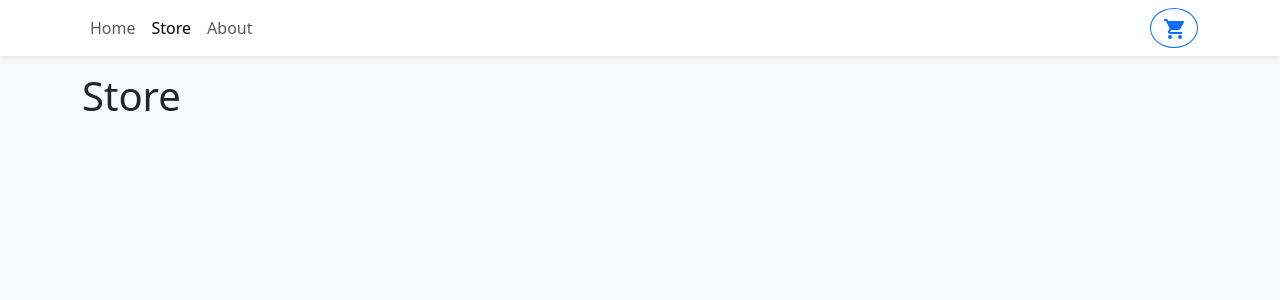
Repository: kurtveil/react-ecommerce
Page: /store
An editor plug-in stored every save of this project. The page is shown before and after the next save, followed by the edit.
The browser window is 1280 px wide. The pictures show the whole page.
The project was rebuilt for these pictures with package versions that can differ from the ones it lists, and the page was loaded fresh each time. Also part of the build but not shown: vite.config.ts, src/pages/Home.tsx, src/pages/About.tsx.

Above is the page before, as saved 2023-07-12 20:14:31.

After the next save:
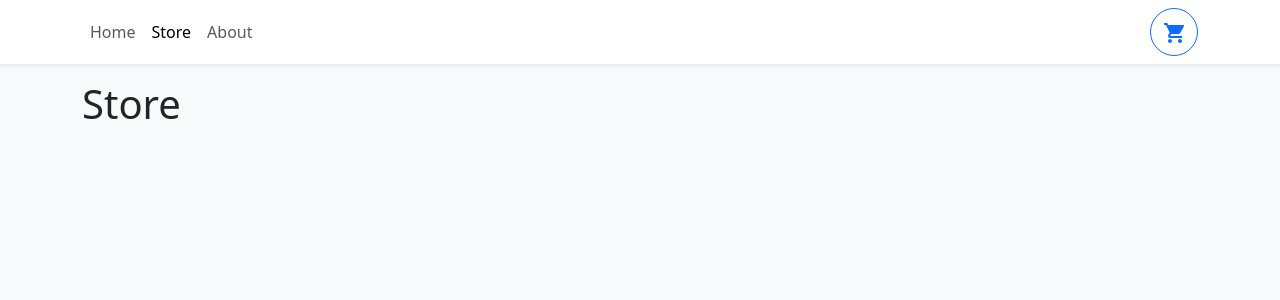
Saved 22 s later.
--- a/src/components/Navbar.tsx
+++ b/src/components/Navbar.tsx
@@ -16,7 +16,7 @@ export default function Navbar() {
                     About
                 </Nav.Link>
             </Nav>
-            <Button style={{width: "3rem"}} variant='outline-primary' className='rounded-circle'>
+            <Button style={{width: "3rem", height: "3rem"}} variant='outline-primary' className='rounded-circle'>
             <ShoppingCartIcon/>
             </Button>
         </Container>
